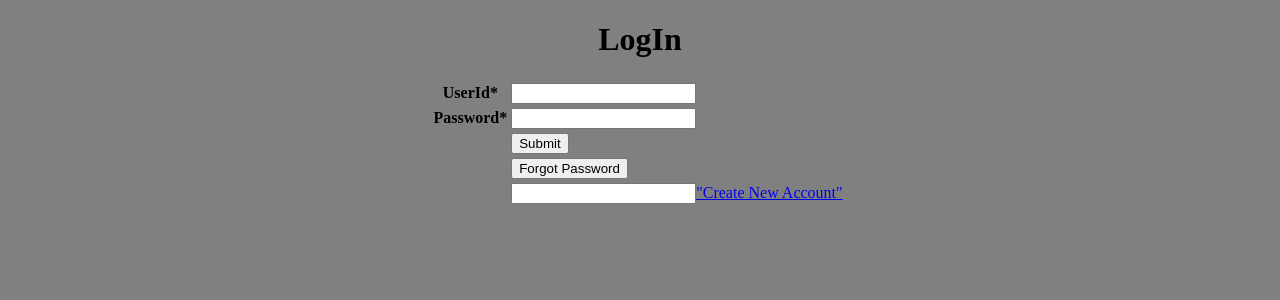
Repository: raviraj226/AdvanceJava
Page: http://localhost/Ravi_Maven/LoginWeb.jsp
These files come from the project's save history. The page is drawn as it stood at one moment and after the next save; the edit follows.
The browser window is 1280 px wide. The pictures show the whole page.
The page is served by Tomcat 9.

Above is the page before, as saved 2022-03-16 09:07:14.

After the next save:
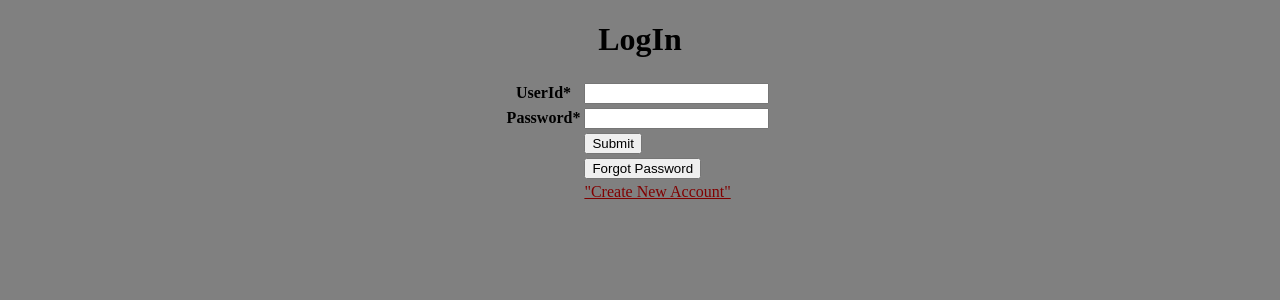
Saved 32 s later.
--- a/Advance Java/Ravi_Maven/src/main/webapp/LoginWeb.jsp
+++ b/Advance Java/Ravi_Maven/src/main/webapp/LoginWeb.jsp
@@ -68,7 +68,7 @@
 
 			<tr>
 				<th></th>
-				<td><input style="color: maroon"></input><a href="RegistrationForm.jsp">"Create New Account"</a></td>
+				<td><a style="color: maroon" href="RegistrationForm.jsp">"Create New Account"</a></td>
 			</tr>
 
 
